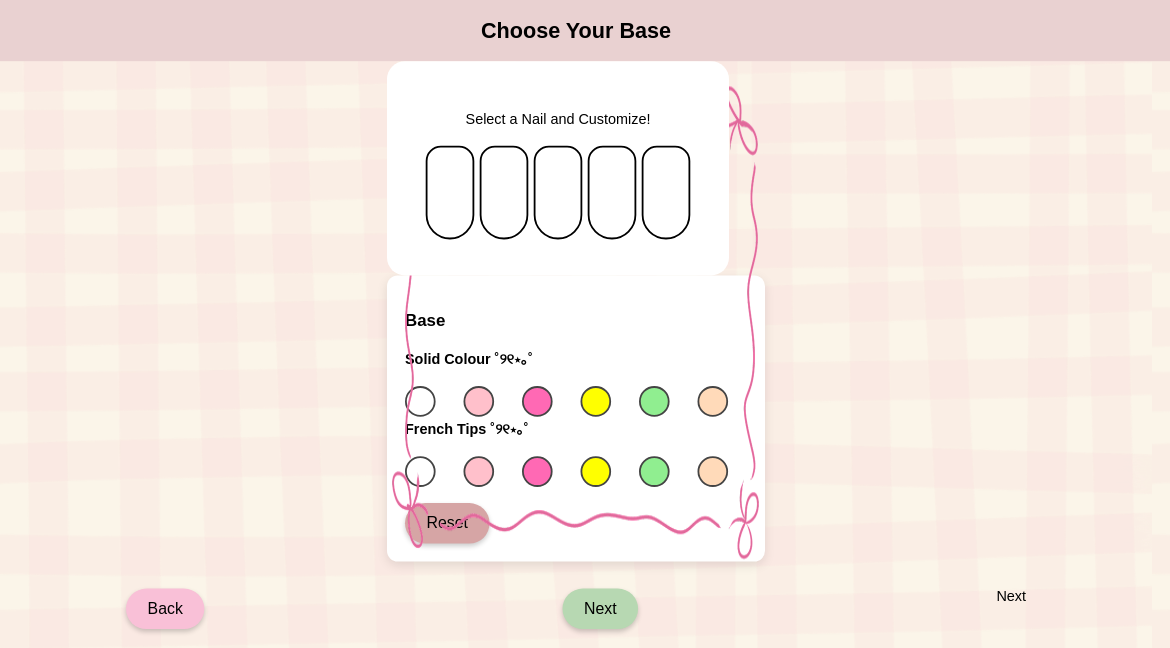
Repository: amolwalia/Fluidity-Lab
Page: basepaint.html
These files come from the project's save history. The page is drawn as it stood at one moment and after a run of saves; the edit follows.
The browser window is 1280 px wide. The page is 1300 px wide, so the pictures cover 1300 px, including what lies to the right of the window. The pictures show the whole page, at 90% of full size.

Above is the page before, as saved 2025-05-11 19:49:54.

After the next 3 saves:
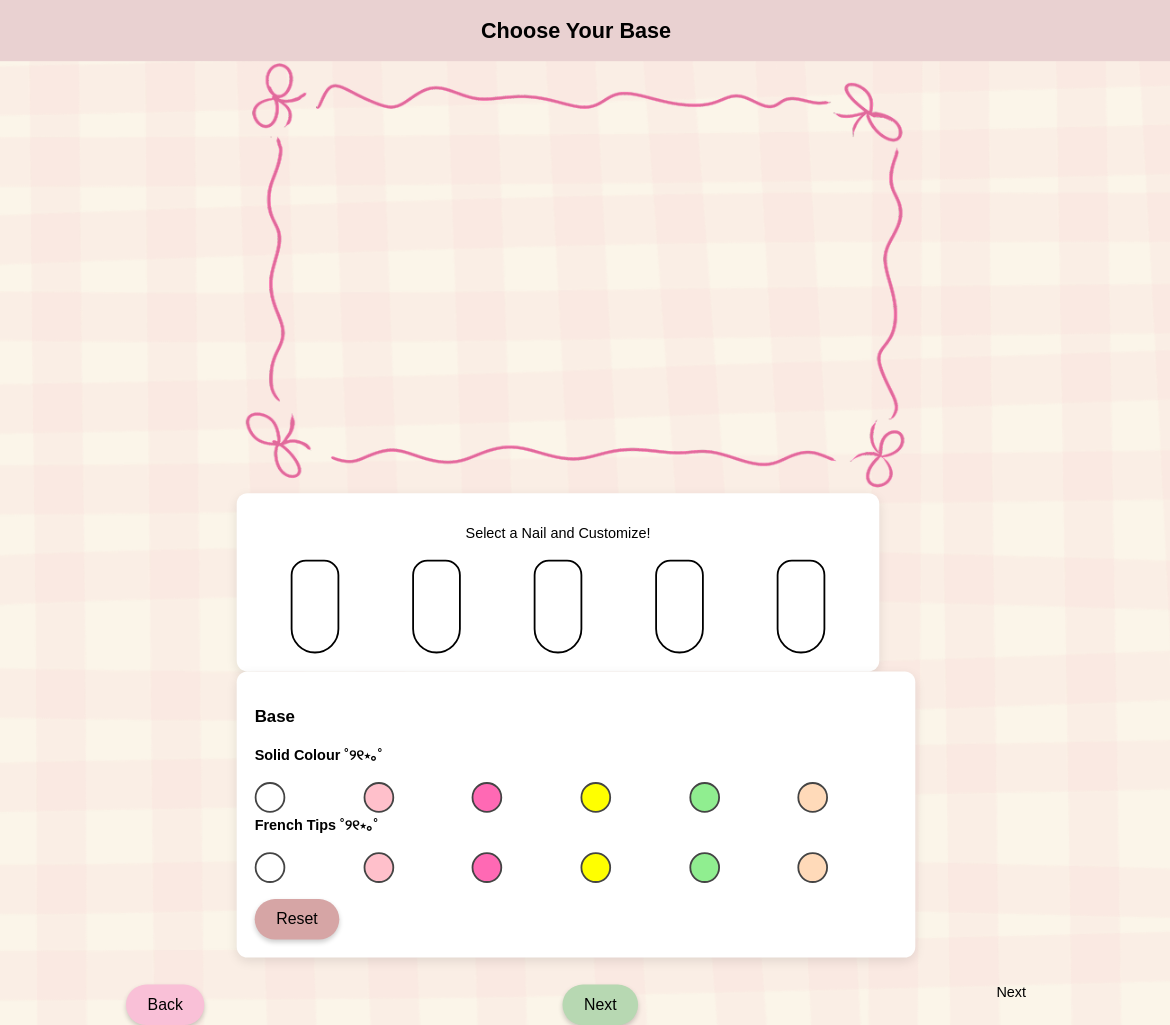
The 3 saves are shown as one change because they came seconds apart.
The last was saved 30 s later.
--- a/styles/basepaints.css
+++ b/styles/basepaints.css
@@ -25,33 +25,15 @@ header {
   max-width: 1000px;
 }
 
-.nail-box-container {
-  position: relative;
-  display: inline-block;
-  width: fit-content; /* lets it shrink-wrap */
+.nail-box-contianer {
+  display: flex;
+  flex-direction: column;
+  align-items: center;
+  justify-content: center;
+  width: 100%;
 }
 
-.border_image {
-  position: absolute;
-  top: 0;
-  left: 0;
-  width: 100%;
-  height: 100%;
-  pointer-events: none;
-  z-index: 1;
-  object-fit: fill; /* try cover/contain if needed */
-}
-
-.nail-area {
-  position: relative;
-  z-index: 2;
-  background: white;
-  border-radius: 20px;
-  padding: 40px;
-  min-width: 300px;
-}
-
-/* .nail-area, */
+.nail-area,
 .palette {
   background: #fff;
   border-radius: 12px;
